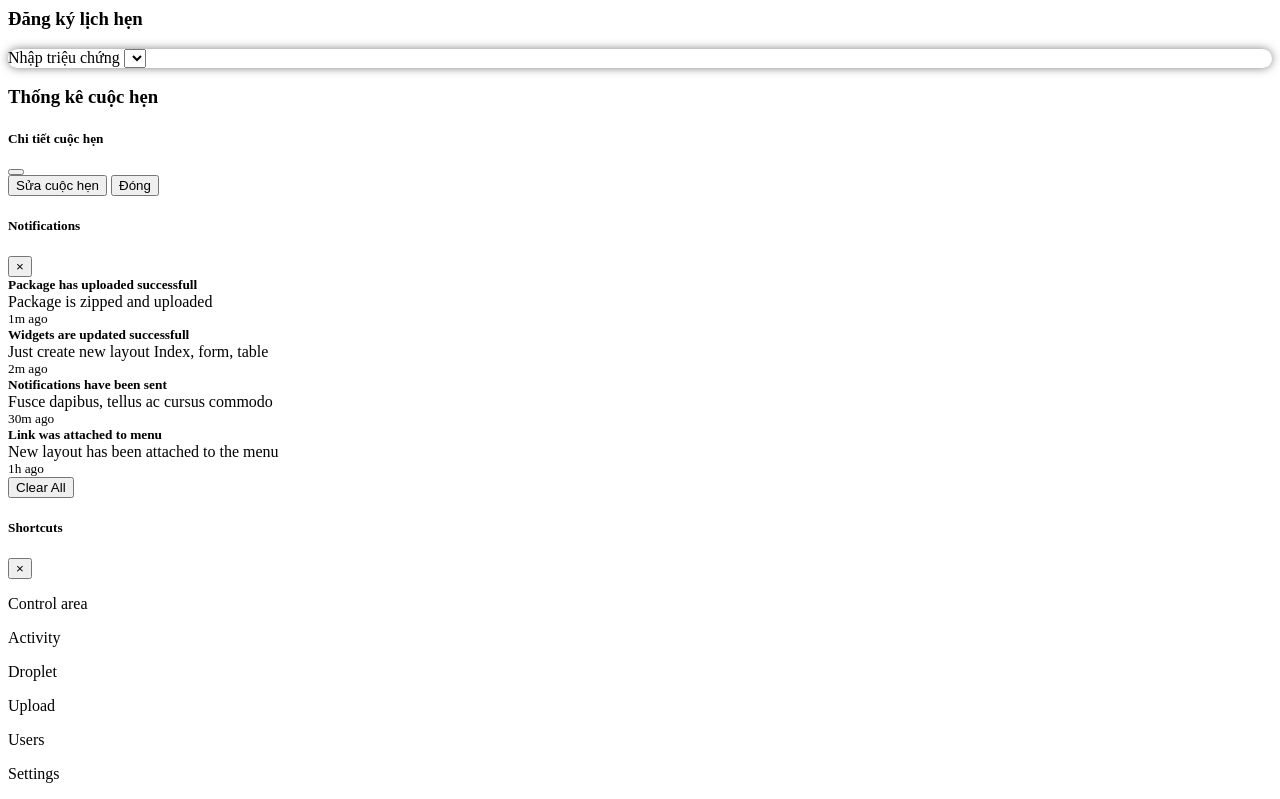
Repository: TrungAug/dentist-fe
Page: src/templates/admin-calendar.html
The author's editor kept a copy of each file at every save. The page is drawn from the files as they stood at one save, then again after the next save.
The browser window is 1280 px wide. The pictures show the whole page.

Above is the page before, as saved 2024-07-08 17:04:09.

### src/templates/admin-calendar.html
<div class="vertical  dark ">
  <div class="wrapper">
    <nav class="topnav navbar navbar-light" ng-include="'component/admin-nav.html'">
    </nav>
    <aside class="sidebar-left border-right shadow" id="leftSidebar" ng-include="'component/admin-aside.html'"
      data-simplebar>
    </aside>
    <main role="main" class="main-content" ng-controller="AdminCalendar">
      <div class="row justify-content-center mb-3">
        <div class="d-flex flex-items-center flex-justify-between">
          <h3 class="text-muted" id="history-pagehead">Đăng ký lịch hẹn</h3>
        </div>
        <div class="custom-hr"></div>
        <div class="row form-booking-appointment"
          style="box-shadow: 0px 0px 10px rgba(0, 0, 0, 0.5); border-radius: 10px;">
          <div class="col-6">
            <div class="form-group mb-3">
              <label for="dental-issues">Nhập triệu chứng</label>
              <select id="dental-issues" class="form-control select2-multi"
                ng-model="formApp.dentalIssuesId"
                ng-options="ds.dentalIssuesId as ds.name for ds in listDentalIssueDB">
              </select>
            </div>
          </div>
          <div class="col-6">

          </div>
        </div>
      </div>
      <div class="row justify-content-center mb-3">
        <div id='calendar-book-appointment' class="custom-calendar-book-appointment"></div>
      </div>
      <div class="row justify-content-center mb-3">
        <div class="d-flex flex-items-center flex-justify-between">
          <h3 class="text-muted" id="history-pagehead">Thống kê cuộc hẹn</h3>
        </div>
        <div class="custom-hr"></div>
      </div>


      <!-- <div class="row justify-content-center">
        <div class="col-12">
          <div class="card shadow">
            <div class="card-body">
              <button class="btn btn-primary mb-3" type="button" data-bs-toggle="collapse"
                data-bs-target="#collapseBookAppoinment" aria-expanded="false" aria-controls="collapseBookAppoinment">
                Tạo lịch hẹn
              </button>
              <div class="collapse p-4 mb-5" id="collapseBookAppoinment"
                style="box-shadow: 0px 0px 10px rgba(0, 0, 0, 0.5); border-radius: 10px;">
                <div class="row">
                  <div class="col-lg-6">
                    <div class="form-group mb-3">
                      <label for="date-input1">Ngày khám</label>
                      <div class="input-group">
                        <div class="input-group-prepend">
                          <div class="input-group-text" id="button-addon-date"><span
                              class="fe fe-calendar fe-16"></span>
                          </div>
                        </div>
                        <input type="text" class="form-control drgpicker" id="appointmentDateRequest"
                          ng-model="formAppointmentRequest.appointmentDate" autocomplete="off">
                      </div>
                    </div>

                    <div ng-if="doctorDB.length==0">
                      <label class="text-danger"> Không có bác sĩ làm việc </label>
                    </div>

                    <div ng-repeat="d in doctorDB" class="accordion accordion-flush mb-3"
                      id="accordionFlush-DoctorSchedule-{{d.doctorId}}">
                      <div class="accordion-item">
                        <h2 class="accordion-header" id="flush-headingOne-DoctorSchedule-{{d.doctorId}}">
                          <button class="accordion-button collapsed" type="button" data-bs-toggle="collapse"
                            data-bs-target="#flush-collapseOne-DoctorSchedule-{{d.doctorId}}" aria-expanded="false"
                            aria-controls="flush-collapseOne-DoctorSchedule-{{d.doctorId}}">
                            Bác sĩ {{d.fullName}}
                          </button>
                        </h2>
                        <div id="flush-collapseOne-DoctorSchedule-{{d.doctorId}}" class="accordion-collapse collapse"
                          aria-labelledby="flush-headingOne-DoctorSchedule-{{d.doctorId}}"
                          data-bs-parent="#accordionFlush-DoctorSchedule-{{d.doctorId}}">
                          <div class="accordion-body">
                            <div class="d-flex flex-column align-items-start">
                              <ul class="nav nav-pills mb-3" id="pills-tab-{{d.doctorId}}" role="tablist">
                                <li class="nav-item" ng-repeat="s in shiftDB(d.doctorId)" role="presentation">
                                  <button class="nav-link" id="pills-{{s.shiftId}}-{{d.doctorId}}-tab"
                                    data-bs-toggle="pill" data-bs-target="#pills-{{s.shiftId}}-{{d.doctorId}}"
                                    type="button" role="tab" aria-controls="pills-{{s.shiftId}}-{{d.doctorId}}"
                                    aria-selected="false" ng-class="{active: isSelected(s.shiftId,d.doctorId)}"
                                    ng-click="selectTab(s.shiftId,d.doctorId,$event)">{{s.name}}</button>
                                </li>
                              </ul>
                              <div class="tab-content" id="pills-tabContent-{{d.doctorId}}">
                                <div class="tab-pane fade" ng-repeat="s in shiftDB(d.doctorId)"
                                  id="pills-{{s.shiftId}}-{{d.doctorId}}" role="tabpanel"
                                  aria-labelledby="pills-{{s.shiftId}}-{{d.doctorId}}-tab"
                                  ng-class="{ 'active show': isSelected(s.shiftId,d.doctorId) }">
                                  <div ng-show="listTOS.length != 0" ng-repeat="tos in listTOS"
                                    class="custom-radio radio-checked me-3">
                                    <label>
                                      <input type="radio" name="timeOfShift"
                                        id="repeatRadioTOS-{{tos[1].timeOfShiftId}}"
                                        ng-click="onChangeTimeOfShiftId(tos[1].timeOfShiftId)"
                                        ng-value="tos[1].timeOfShiftId">
                                      <span>{{ tos[1].beginTime | firstFiveChars }} - {{ tos[1].endTime |
                                        firstFiveChars
                                        }}</span>
                                    </label>
                                  </div>
                                  <div ng-show="listTOS.length === 0">
                                    <label class="text-danger">Không có ca làm việc để hiển thị</label>
                                  </div>
                                </div>
                              </div>
                            </div>
                          </div>
                        </div>
                      </div>
                    </div>

                    <div class="continue-book-appoinment float-right" ng-show="isContinueShow">
                      <a href="#" class="text-primary" ng-click="showFormRegister($event)">>>Tiếp tục</a>
                    </div>
                  </div>
                  <div class="col-lg-6" ng-show="!isShowFormRegister">
                    <div class="mb-3" style="box-shadow: 0px 0px 10px rgba(0, 0, 0, 0.5); border-radius: 10px;">
                      <img src="/assets/images/bg/admin-calendar-bg.jpg" class="w-100" alt="">
                    </div>
                  </div>
                  <div class="col-lg-6" ng-show="isShowFormRegister">
                    <div class="p-3 mb-3" style="box-shadow: 0px 0px 10px rgba(0, 0, 0, 0.5); border-radius: 10px;">
                      <div class="form-group mb-3">
                        <label for="formDoctorUnavailabilityRequestDescription" class="col-form-label">Tiêu đề cuộc
                          hẹn</label>
                        <input type="text" class="form-control" id="formDoctorUnavailabilityRequestDescription"
                          ng-model="formDoctorUnavailabilityRequest.description">
                      </div>

                      <div class="form-group mb-3">
                        <label for="formAppointmentPatientRecordRequestPatientId">Chọn bệnh nhân</label>
                        <select id="formAppointmentPatientRecordRequestPatientId" class="form-control select2"
                          ng-model="formAppointmentPatientRecordRequest.patientId"
                          ng-options="p.patientId as (p.fullName + ' - ' + p.phoneNumber) for p in listPatientDB">
                        </select>
                      </div>

                      <div class="form-group mb-3">
                        <label for="formAppointmentRequestAppointmentType">Chọn loại cuộc hẹn</label>
                        <select id="formAppointmentRequestAppointmentType" class="form-control select2"
                          ng-model="formAppointmentRequest.appointmentType"
                          ng-options="t.appointment_TypeId as t.typeName for t in listAppointmentTypeDB">
                        </select>
                      </div>

                      <div class="form-group mb-3">
                        <label for="formAppointmentStatus">Trạng thái</label>
                        <select id="formAppointmentStatus" class="form-control select2"
                          ng-model="formAppointmentRequest.appointmentStatus"
                          ng-options="t.appointment_StatusId as t.status for t in listAppointmentStatusBD" disabled>
                        </select>
                      </div>

                      <div class="form-floating mb-3">
                        <textarea ng-model="formAppointmentRequest.note" class="form-control"
                          placeholder="Nhập triệu chứng" id="formAppointmentRequestNote"
                          style="height: 100px"></textarea>
                        <label for="formAppointmentRequestNote">Ghi chú</label>
                      </div>
                    </div>
                  </div>
                </div>
                <button type="button" class="btn mb-2 btn-success btn-create-appoinment" ng-click="saveAppointment()"
                  ng-show="isShowFormRegister">Lưu
                  lại</button>
              </div>

              <div id='calendar-book-appointment' class="custom-calendar-book-appointment"></div>
            </div>
          </div>
        </div>
      </div> -->

      <!-- Event details -->
      <button type="button" class="btn btn-primary" data-bs-toggle="modal" data-bs-target="#eventDetails"
        id="btnEventDetails" hidden>
        Xem chi tiết cuộc hẹn
      </button>
      <div class="modal fade" id="eventDetails" tabindex="-1" aria-labelledby="eventDetailsLabel" aria-hidden="true">
        <div class="modal-dialog">
          <div class="modal-content">
            <div class="modal-header">
              <h5 class="modal-title" id="eventDetailsLabel">Chi tiết cuộc hẹn</h5>
              <button type="button" class="btn-close" data-bs-dismiss="modal" aria-label="Close"></button>
            </div>
            <div class="modal-body" id="eventDetailsBody">
              <!-- Thông tin sự kiện -->
            </div>
            <div class="modal-footer">
              <button type="button" class="btn btn-info" data-bs-dismiss="modal">Sửa cuộc hẹn</button>
              <button type="button" class="btn btn-primary" data-bs-dismiss="modal">Đóng</button>
            </div>
          </div>
        </div>
      </div>
      <!-- End Event details -->

      <div class="modal fade modal-notif modal-slide" tabindex="-1" role="dialog" aria-labelledby="defaultModalLabel"
        aria-hidden="true">
        <div class="modal-dialog modal-sm" role="document">
          <div class="modal-content">
            <div class="modal-header">
              <h5 class="modal-title" id="defaultModalLabel">Notifications</h5>
              <button type="button" class="close" data-dismiss="modal" aria-label="Close">
                <span aria-hidden="true">&times;</span>
              </button>
            </div>
            <div class="modal-body">
              <div class="list-group list-group-flush my-n3">
                <div class="list-group-item bg-transparent">
                  <div class="row align-items-center">
                    <div class="col-auto">
                      <span class="fe fe-box fe-24"></span>
                    </div>
                    <div class="col">
                      <small><strong>Package has uploaded successfull</strong></small>
                      <div class="my-0 text-muted small">Package is zipped and uploaded</div>
                      <small class="badge badge-pill badge-light text-muted">1m ago</small>
                    </div>
                  </div>
                </div>
                <div class="list-group-item bg-transparent">
                  <div class="row align-items-center">
                    <div class="col-auto">
                      <span class="fe fe-download fe-24"></span>
                    </div>
                    <div class="col">
                      <small><strong>Widgets are updated successfull</strong></small>
                      <div class="my-0 text-muted small">Just create new layout Index, form, table</div>
                      <small class="badge badge-pill badge-light text-muted">2m ago</small>
                    </div>
                  </div>
                </div>
                <div class="list-group-item bg-transparent">
                  <div class="row align-items-center">
                    <div class="col-auto">
                      <span class="fe fe-inbox fe-24"></span>
                    </div>
                    <div class="col">
                      <small><strong>Notifications have been sent</strong></small>
                      <div class="my-0 text-muted small">Fusce dapibus, tellus ac cursus commodo</div>
                      <small class="badge badge-pill badge-light text-muted">30m ago</small>
                    </div>
                  </div> <!-- / .row -->
                </div>
                <div class="list-group-item bg-transparent">
                  <div class="row align-items-center">
                    <div class="col-auto">
                      <span class="fe fe-link fe-24"></span>
                    </div>
                    <div class="col">
                      <small><strong>Link was attached to menu</strong></small>
                      <div class="my-0 text-muted small">New layout has been attached to the menu</div>
                      <small class="badge badge-pill badge-light text-muted">1h ago</small>
                    </div>
                  </div>
                </div> <!-- / .row -->
              </div> <!-- / .list-group -->
            </div>
            <div class="modal-footer">
              <button type="button" class="btn btn-secondary btn-block" data-dismiss="modal">Clear All</button>
            </div>
          </div>
        </div>
      </div>
      <div class="modal fade modal-shortcut modal-slide" tabindex="-1" role="dialog" aria-labelledby="defaultModalLabel"
        aria-hidden="true">
        <div class="modal-dialog" role="document">
          <div class="modal-content">
            <div class="modal-header">
              <h5 class="modal-title" id="defaultModalLabel">Shortcuts</h5>
              <button type="button" class="close" data-dismiss="modal" aria-label="Close">
                <span aria-hidden="true">&times;</span>
              </button>
            </div>
            <div class="modal-body px-5">
              <div class="row align-items-center">
                <div class="col-6 text-center">
                  <div class="squircle bg-success justify-content-center">
                    <i class="fe fe-cpu fe-32 align-self-center text-white"></i>
                  </div>
                  <p>Control area</p>
                </div>
                <div class="col-6 text-center">
                  <div class="squircle bg-primary justify-content-center">
                    <i class="fe fe-activity fe-32 align-self-center text-white"></i>
                  </div>
                  <p>Activity</p>
                </div>
              </div>
              <div class="row align-items-center">
                <div class="col-6 text-center">
                  <div class="squircle bg-primary justify-content-center">
                    <i class="fe fe-droplet fe-32 align-self-center text-white"></i>
                  </div>
                  <p>Droplet</p>
                </div>
                <div class="col-6 text-center">
                  <div class="squircle bg-primary justify-content-center">
                    <i class="fe fe-upload-cloud fe-32 align-self-center text-white"></i>
                  </div>
                  <p>Upload</p>
                </div>
              </div>
              <div class="row align-items-center">
                <div class="col-6 text-center">
                  <div class="squircle bg-primary justify-content-center">
                    <i class="fe fe-users fe-32 align-self-center text-white"></i>
                  </div>
                  <p>Users</p>
                </div>
                <div class="col-6 text-center">
                  <div class="squircle bg-primary justify-content-center">
                    <i class="fe fe-settings fe-32 align-self-center text-white"></i>
                  </div>
                  <p>Settings</p>
                </div>
              </div>
            </div>
          </div>
        </div>
      </div>
    </main> <!-- main -->
  </div>
</div>

After the next save:
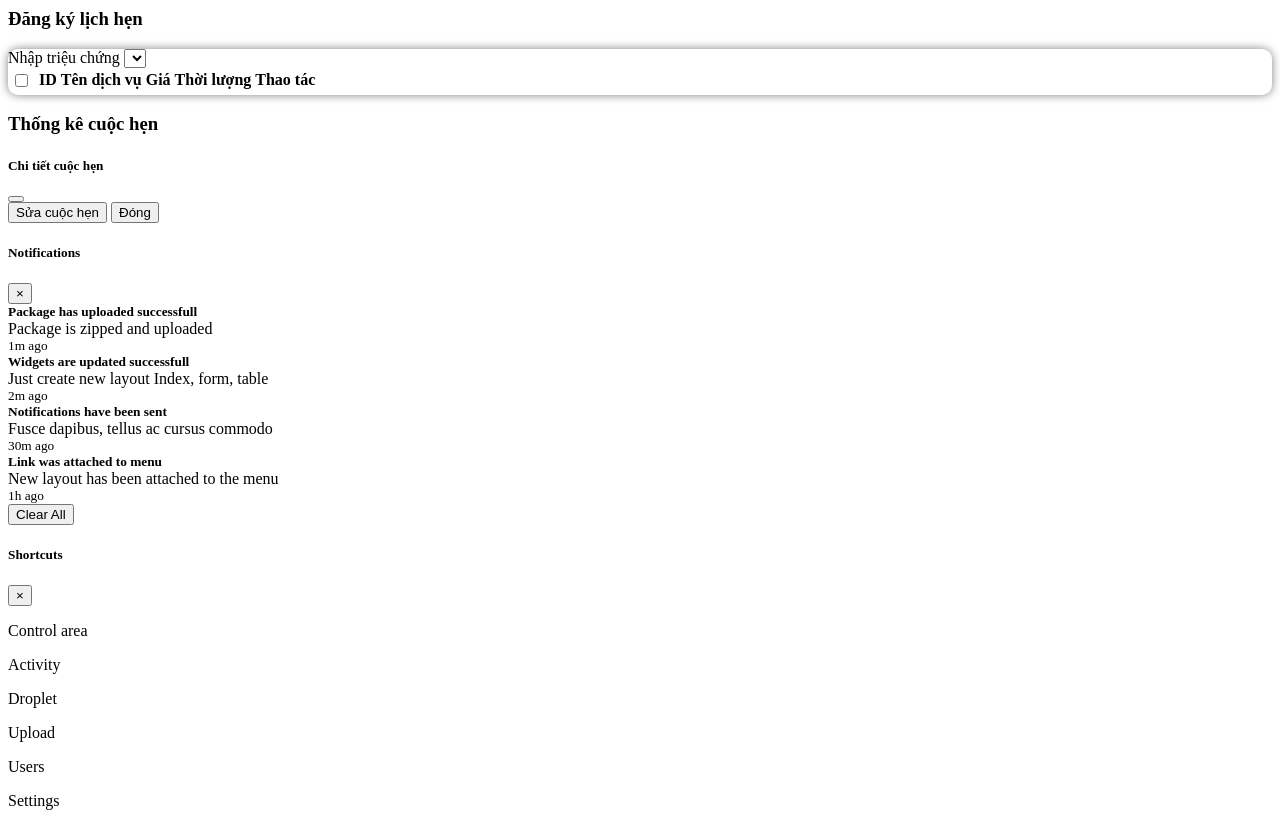
Saved 9 min 40 s later.
--- a/src/templates/admin-calendar.html
+++ b/src/templates/admin-calendar.html
@@ -16,10 +16,34 @@
           <div class="col-6">
             <div class="form-group mb-3">
               <label for="dental-issues">Nhập triệu chứng</label>
-              <select id="dental-issues" class="form-control select2-multi"
-                ng-model="formApp.dentalIssuesId"
+              <select id="dental-issues" class="form-control select2-multi" ng-model="formApp.dentalIssuesId"
                 ng-options="ds.dentalIssuesId as ds.name for ds in listDentalIssueDB">
               </select>
+            </div>
+            <div>
+              <table class="table table-borderless table-hover">
+                <thead>
+                  <tr>
+                    <td>
+                      <div class="custom-control custom-checkbox">
+                        <input type="checkbox" class="custom-control-input" id="all2">
+                        <label class="custom-control-label" for="all2"></label>
+                      </div>
+                    </td>
+                    <th></th>
+                    <th>ID</th>
+                    <th>Tên dịch vụ</th>
+                    <th>Giá</th>
+                    <th>Thời lượng</th>
+                    <th>Thao tác</th>
+                  </tr>
+                </thead>
+                <tbody>
+                  <tr>
+
+                  </tr>
+                </tbody>
+              </table>
             </div>
           </div>
           <div class="col-6">
